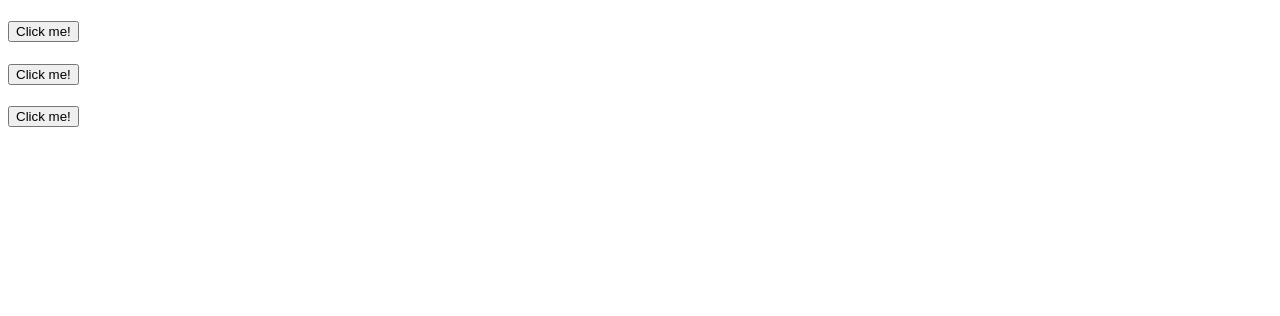
Repository: Jinontheclock/COMP3170_Assignment
Page: /
These files come from the project's save history. The page is drawn as it stood at one moment and after the next save; the edit follows.
The browser window is 1280 px wide. The pictures show the whole page.
The project was rebuilt for these pictures with package versions that can differ from the ones it lists, and the page was loaded fresh each time. Also part of the build but not shown: vite.config.js.

Above is the page before, as saved 2025-09-08 16:00:25.

### index.html
<!doctype html>
<html lang="en">
  <head>
    <meta charset="UTF-8" />
    <meta name="viewport" content="width=device-width, initial-scale=1.0" />
    <title>HAJIN A01403665</title>
  </head>
  <body>
    <div id="root"></div>
    <script type="module" src="/src/main.jsx"></script>
  </body>
</html>

### src/main.jsx
import React from "react";
import ReactDOM from "react-dom/client";
import App from "./App";
import "./index.css";
import books from "../data/books.json"

ReactDOM.createRoot(document.getElementById("root")).render(
  <React.StrictMode>
    <App />
  </React.StrictMode>
);

### src/App.jsx
function App(){
  return (
    <div>
      <Excerpt  />
       <Excerpt />
        <Excerpt />

    </div>
  )
}

function Excerpt(props){
  return (
        <div>
      <h1>{props.title}</h1>
      <p>{props.body}</p>
      <button>Click me!</button>
    </div>)
}

export default App;

### data/books.json
[
    {
      "title": "Effective JavaScript",
      "subtitle": "68 Specific Ways to Harness the Power of JavaScript",
      "isbn13": "9780321812186",
      "price": "$21.99",
      "image": "https://itbook.store/img/books/9780321812186.png",
      "url": "https://itbook.store/books/9780321812186",
      "publisher": "Addison-Wesley",
      "language": "English"
    },
    {
      "title": "Beginning JavaScript, 3nd Edition",
      "subtitle": "The Ultimate Guide to Modern JavaScript Development",
      "isbn13": "9781484243947",
      "price": "$19.02",
      "image": "https://itbook.store/img/books/9781484243947.png",
      "url": "https://itbook.store/books/9781484243947",
      "publisher": "Apress",
      "language": "English"
    },
    {
      "title": "Learn Enough JavaScript to Be Dangerous",
      "subtitle": "Write Programs, Publish Packages, and Develop Interactive Websites with JavaScript",
      "isbn13": "9780137843749",
      "price": "$31.98",
      "image": "https://itbook.store/img/books/9780137843749.png",
      "url": "https://itbook.store/books/9780137843749",
      "publisher": "Addison-Wesley",
      "language": "English"
    },
    {
      "title": "Test-Driven JavaScript Development",
      "subtitle": "",
      "isbn13": "9780321683915",
      "price": "$10.29",
      "image": "https://itbook.store/img/books/9780321683915.png",
      "url": "https://itbook.store/books/9780321683915",
      "publisher": "Addison-Wesley",
      "language": "English"
    },
    {
      "title": "Learning JavaScript",
      "subtitle": "A Hands-On Guide to the Fundamentals of Modern JavaScript",
      "isbn13": "9780321832740",
      "price": "$8.99",
      "image": "https://itbook.store/img/books/9780321832740.png",
      "url": "https://itbook.store/books/9780321832740",
      "publisher": "Addison-Wesley",
      "language": "English"
    },
    {
      "title": "jQuery and JavaScript Phrasebook",
      "subtitle": "",
      "isbn13": "9780321918963",
      "price": "$14.48",
      "image": "https://itbook.store/img/books/9780321918963.png",
      "url": "https://itbook.store/books/9780321918963",
      "publisher": "Addison-Wesley",
      "language": "English"
    },
    {
      "title": "JavaScript: The Good Parts",
      "subtitle": "Unearthing the Excellence in JavaScript",
      "isbn13": "9780596517748",
      "price": "$4.37",
      "image": "https://itbook.store/img/books/9780596517748.png",
      "url": "https://itbook.store/books/9780596517748",
      "publisher": "O'Reilly",
      "language": "English"
    },
    {
      "title": "Head First JavaScript",
      "subtitle": "A Learner's Companion to JavaScript",
      "isbn13": "9780596527747",
      "price": "$7.72",
      "image": "https://itbook.store/img/books/9780596527747.png",
      "url": "https://itbook.store/books/9780596527747",
      "publisher": "O'Reilly",
      "language": "English"
    },
    {
      "title": "High Performance JavaScript",
      "subtitle": "Build Faster Web Application Interfaces",
      "isbn13": "9780596802790",
      "price": "$19.59",
      "image": "https://itbook.store/img/books/9780596802790.png",
      "url": "https://itbook.store/books/9780596802790",
      "publisher": "O'Reilly",
      "language": "English"
    },
    {
      "title": "Building iPhone Apps with HTML, CSS, and JavaScript",
      "subtitle": "Making App Store Apps Without Objective-C or Cocoa",
      "isbn13": "9780596805784",
      "price": "$5.00",
      "image": "https://itbook.store/img/books/9780596805784.png",
      "url": "https://itbook.store/books/9780596805784",
      "publisher": "O'Reilly",
      "language": "English"
    }

  ]

### src/index.css
.excerpt{
  width: 50%;
  padding: 1em;
  margin: 1em auto;
  border: 1px solid;
}

After the next save:
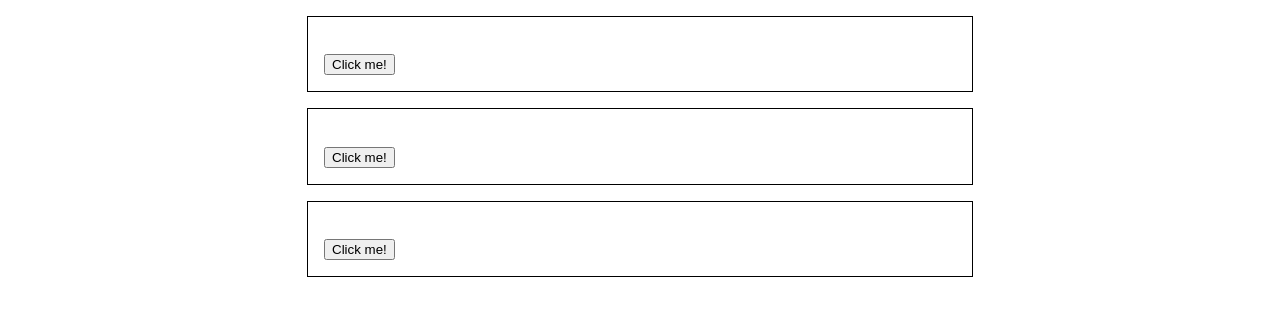
Saved 117 s later.
--- a/src/App.jsx
+++ b/src/App.jsx
@@ -11,7 +11,7 @@
 
 function Excerpt(props){
   return (
-        <div>
+        <div className="excerpt">
       <h1>{props.title}</h1>
       <p>{props.body}</p>
       <button>Click me!</button>
